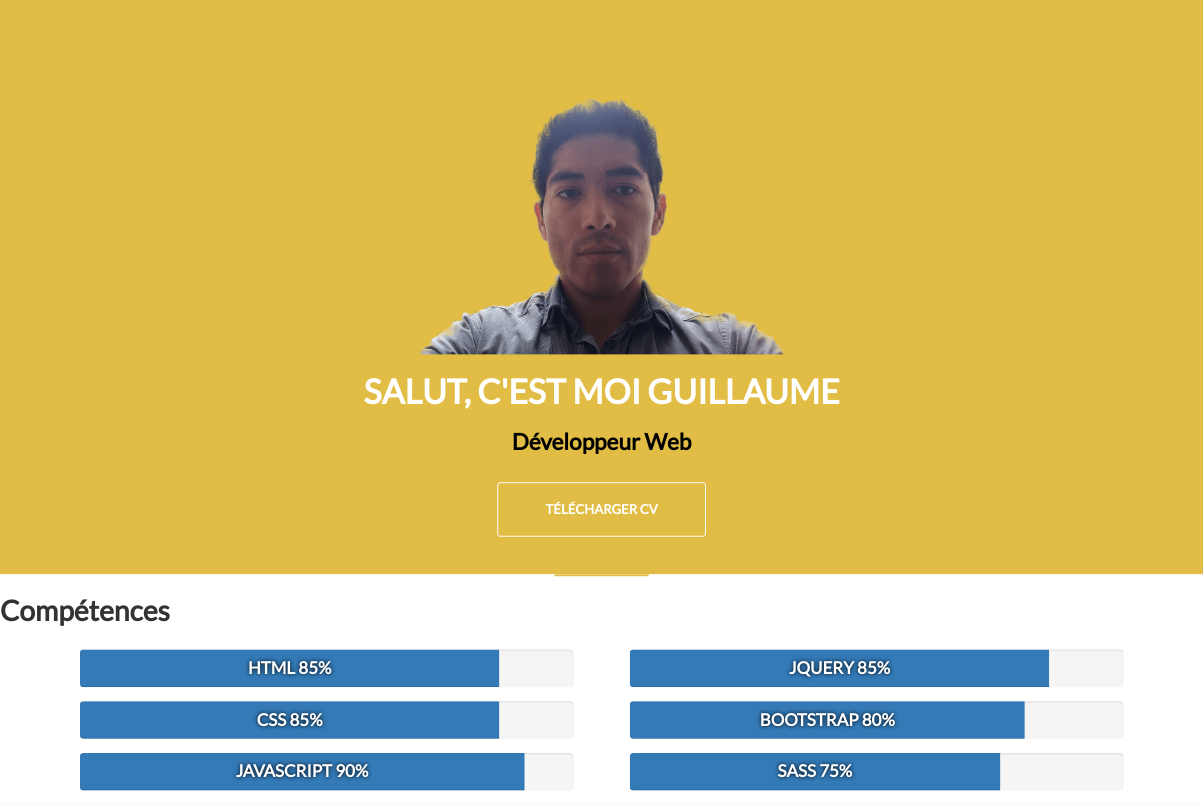
Repository: 0Memo/mon-cv
Page: index.html
An editor plug-in stored every save of this project. The page is shown before and after the next save, followed by the edit.
The browser window is 1280 px wide. The pictures show the whole page, at 94% of full size.

Above is the page before, as saved 2020-12-28 21:06:51.

After the next save:
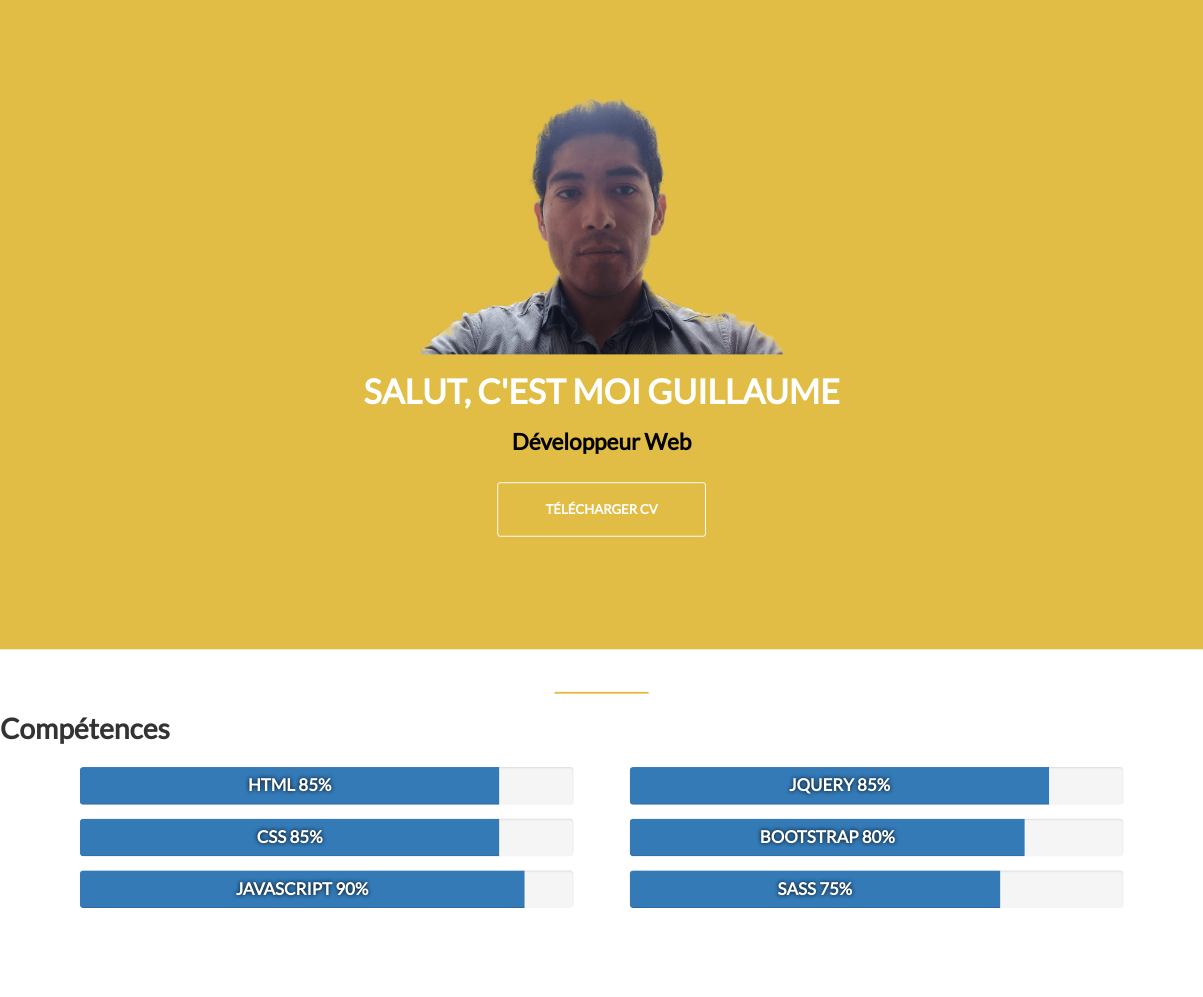
Saved 49 s later.
--- a/css/styles.css
+++ b/css/styles.css
@@ -17,6 +17,11 @@ img {
     max-width: 100%;
     height: auto;
 }
+
+section {
+    padding: 45px 0 80px 0;
+}
+
 #about {
     padding-top: 100px;
     background: #e2bd45;
